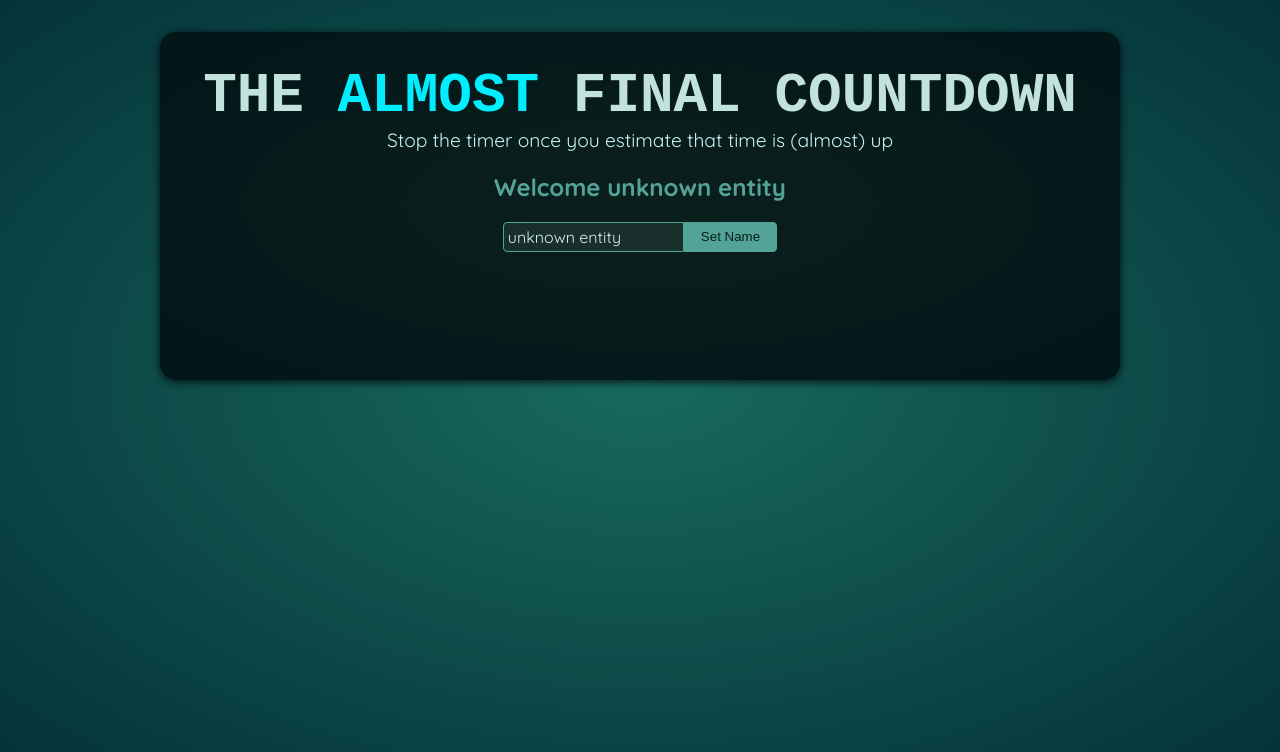
Repository: H-ala/react-near-end
Page: /
An editor plug-in stored every save of this project. The page is shown before and after the next save, followed by the edit.
The browser window is 1280 px wide. The pictures show the whole page.
Some web fonts or font styles are not loaded; a fallback is used. The project was rebuilt for these pictures with package versions that can differ from the ones it lists, and the page was loaded fresh each time. Also part of the build but not shown: vite.config.js.

Above is the page before, as saved 2025-09-24 20:53:15.

After the next save:
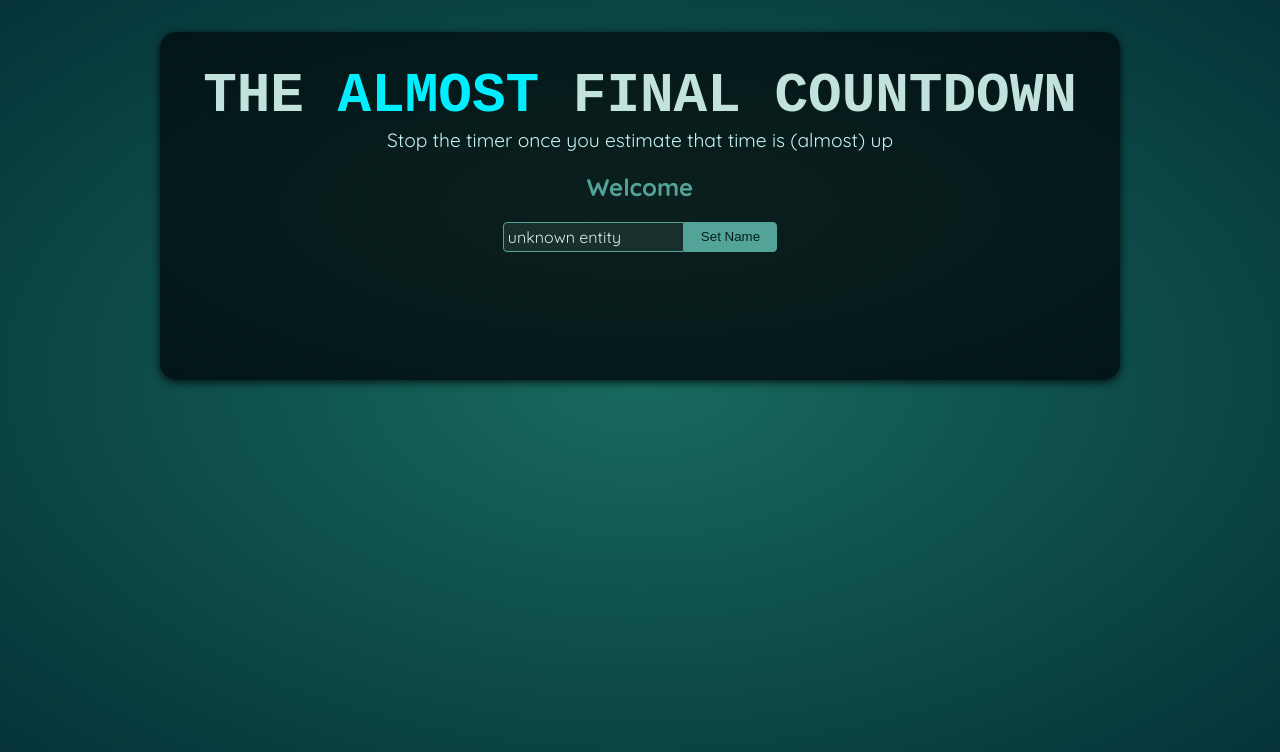
Saved 36 s later.
--- a/src/components/Player.jsx
+++ b/src/components/Player.jsx
@@ -13,7 +13,7 @@
   }
   return (
     <section id="player">
-      <h2>Welcome unknown entity</h2>
+      <h2>Welcome {isClicked && playerName}</h2>
       <p>
         <input type="text" value={playerName} onChange={handleChange} />
         <button onClick={handleClick}>Set Name</button>

After the save that followed:
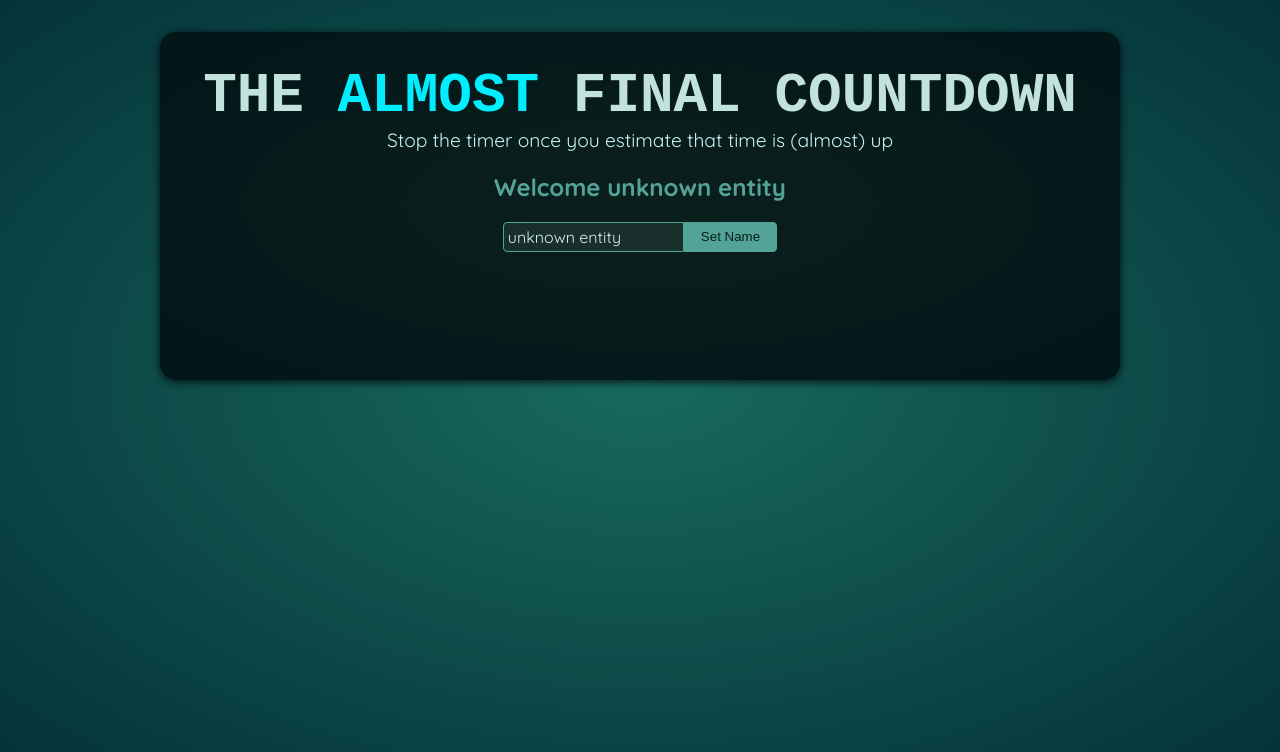
Saved 30 s later.
--- a/src/components/Player.jsx
+++ b/src/components/Player.jsx
@@ -13,7 +13,7 @@
   }
   return (
     <section id="player">
-      <h2>Welcome {isClicked && playerName}</h2>
+      <h2>Welcome {isClicked ? playerName : "unknown entity"}</h2>
       <p>
         <input type="text" value={playerName} onChange={handleChange} />
         <button onClick={handleClick}>Set Name</button>
